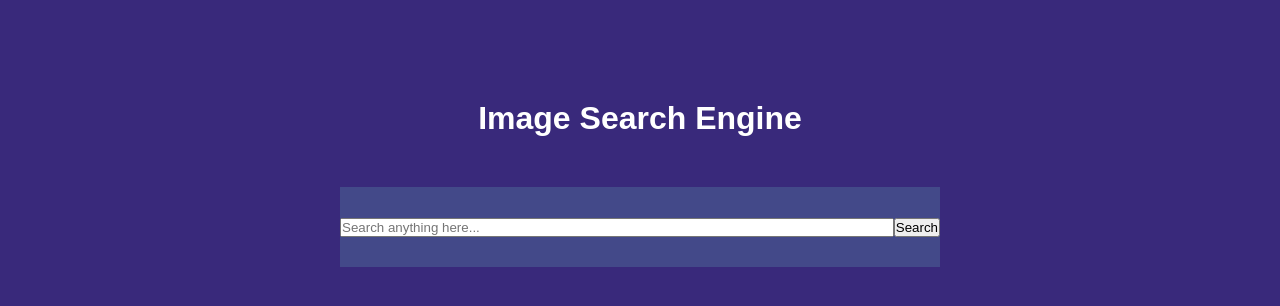
Repository: AbdullahOwais-Dev/Image-Search-App
Page: index.html
These files come from the project's save history. The page is drawn as it stood at one moment and after a run of saves; the edit follows.
The browser window is 1280 px wide. The pictures show the whole page.

Above is the page before, as saved 2025-02-09 00:15:00.

After the next 3 saves:
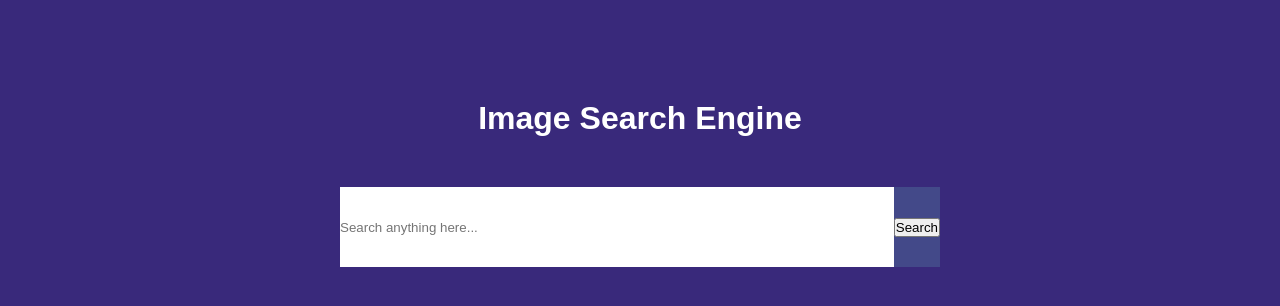
The 3 saves are shown as one change because they came seconds apart.
The last was saved 11 s later.
--- a/style.css
+++ b/style.css
@@ -24,5 +24,7 @@
 }
 form input{
     flex: 1;
-
+    height: 100%;
+    border: 0;
+    outline: 0;
 }
